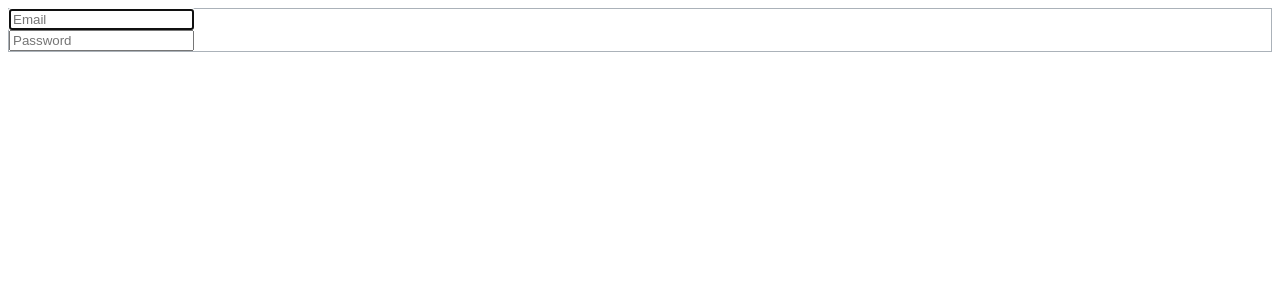
Repository: miguelamello/apm
Page: dashboard/components/login/login.html
An editor plug-in stored every save of this project. The page is shown before and after the next save, followed by the edit.
The browser window is 1280 px wide. The pictures show the whole page.

Above is the page before, as saved 2023-04-20 15:57:53.

After the next save:
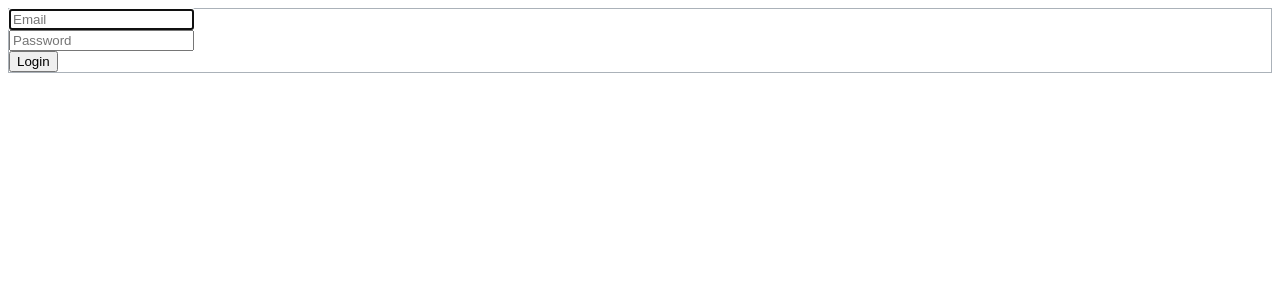
Saved 6 s later.
--- a/dashboard/components/login/login.html
+++ b/dashboard/components/login/login.html
@@ -7,6 +7,7 @@
     <div class="input-control">
         <input type="password" class="w-100p" placeholder="Password" />
     </div>
-
+    <div class="input-control">
+      <button class="btn btn-primary w-100p">Login</button>
   </div>
 </div>
